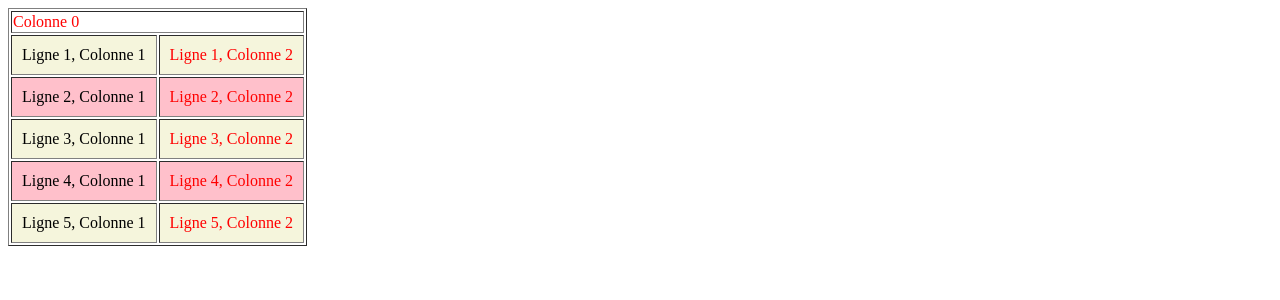
Repository: Chaimaa482/web-tp4
Page: ex1.html
These files come from the project's save history. The page is drawn as it stood at one moment and after a run of saves; the edit follows.
The browser window is 1280 px wide. The pictures show the whole page.

Above is the page before, as saved 2023-10-22 15:55:35.

After the next 3 saves:
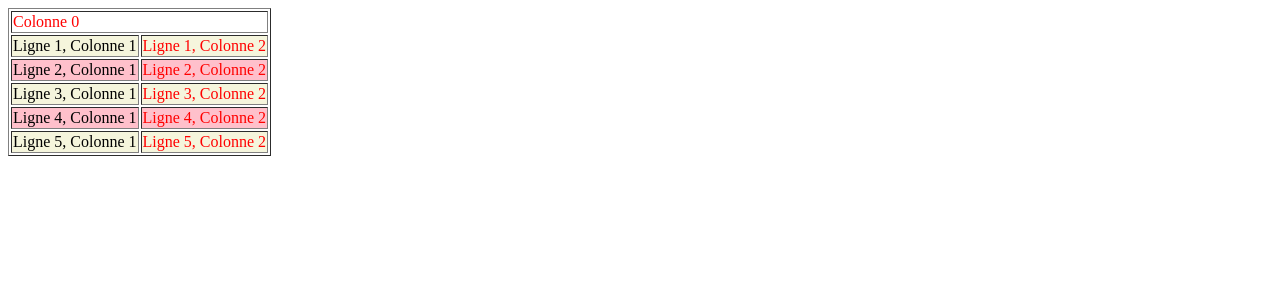
The 3 saves are shown as one change because they came seconds apart.
The last was saved 40 s later.
--- a/ex1.html
+++ b/ex1.html
@@ -59,10 +59,7 @@
             }
         }
 
-        // Augmenter le padding de toutes les cellules sauf celles de la première ligne
-        for (var i = 1; i < cells.length; i++) {
-            cells[i].style.padding = "10px";
-        }
+
     </script>
 </body>
 </html>

After the 2 saves that followed:
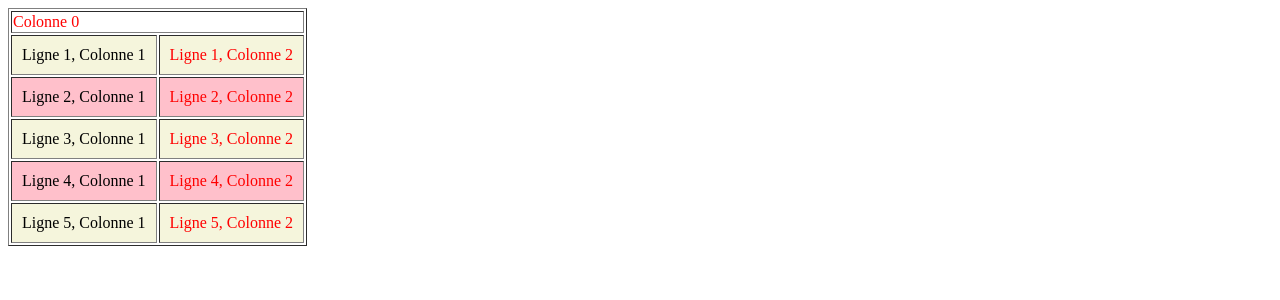
The 2 saves are shown as one change because they came seconds apart.
The last was saved 17 s later.
--- a/ex1.html
+++ b/ex1.html
@@ -59,7 +59,10 @@
             }
         }
 
-
+        // Augmenter le padding de toutes les cellules sauf celles de la première ligne
+        for (var i = 1; i < cells.length; i++) {
+            cells[i].style.padding = "10px";
+        }
     </script>
 </body>
 </html>
